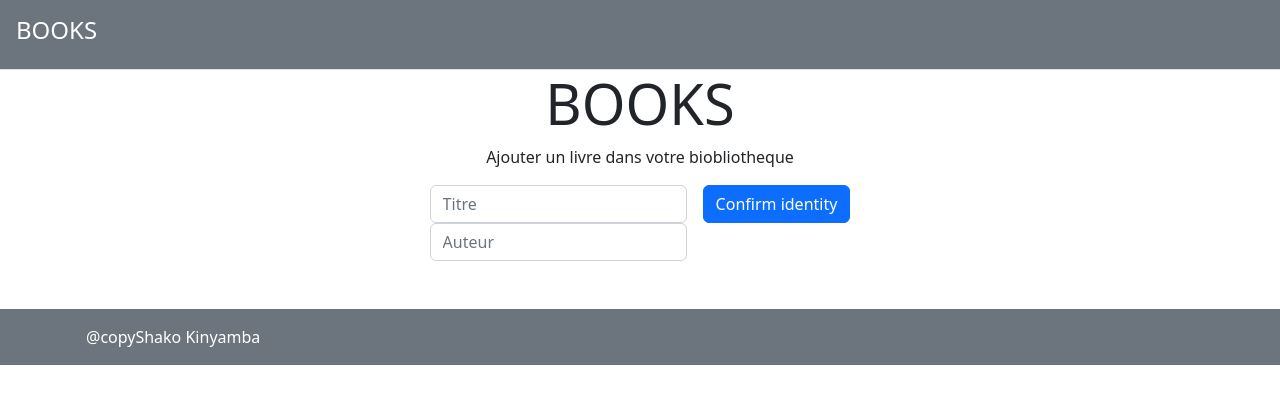
Repository: SKB-TECH/Books
Page: /
An editor plug-in stored every save of this project. The page is shown before and after a run of saves, followed by the edit.
The browser window is 1280 px wide. The pictures show the whole page.
The project was rebuilt for these pictures with package versions that can differ from the ones it lists, and the page was loaded fresh each time. Also part of the build but not shown: vite.config.js.

Above is the page before, as saved 2022-11-09 15:57:20.

After the next 3 saves:
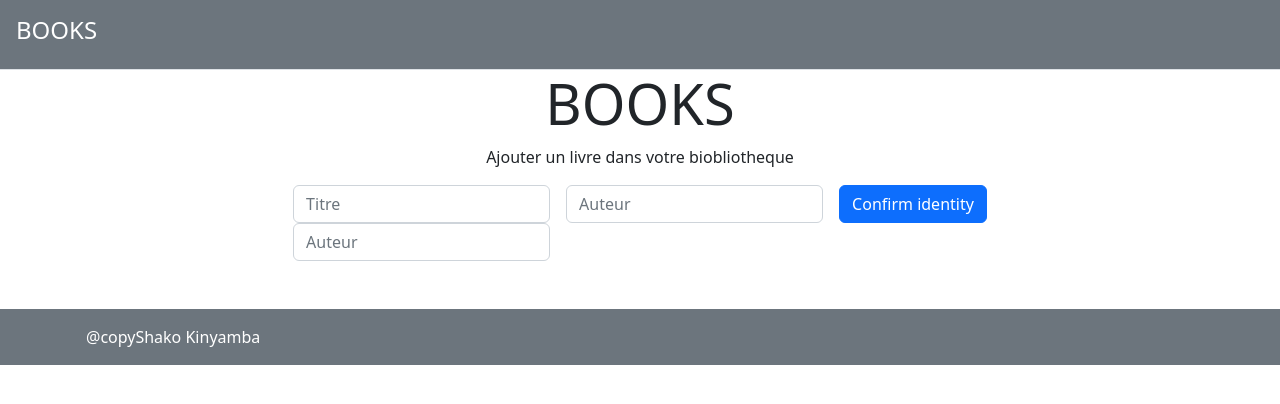
The 3 saves are shown as one change because they came seconds apart.
The last was saved 24 s later.
--- a/src/Containers/AddBooks.jsx
+++ b/src/Containers/AddBooks.jsx
@@ -18,6 +18,9 @@ const AddBooks = () => {
 
                             <input type="password" className="form-control" id="inputPassword2" placeholder="Auteur" />
                         </div>
+                        <div className="col-auto">
+                            <input type="password" className="form-control" id="inputPassword2" placeholder="Auteur" />
+                        </div>
                         <div class="col-auto">
                             <button type="submit" className="btn btn-primary mb-3">Confirm identity</button>
                         </div>
